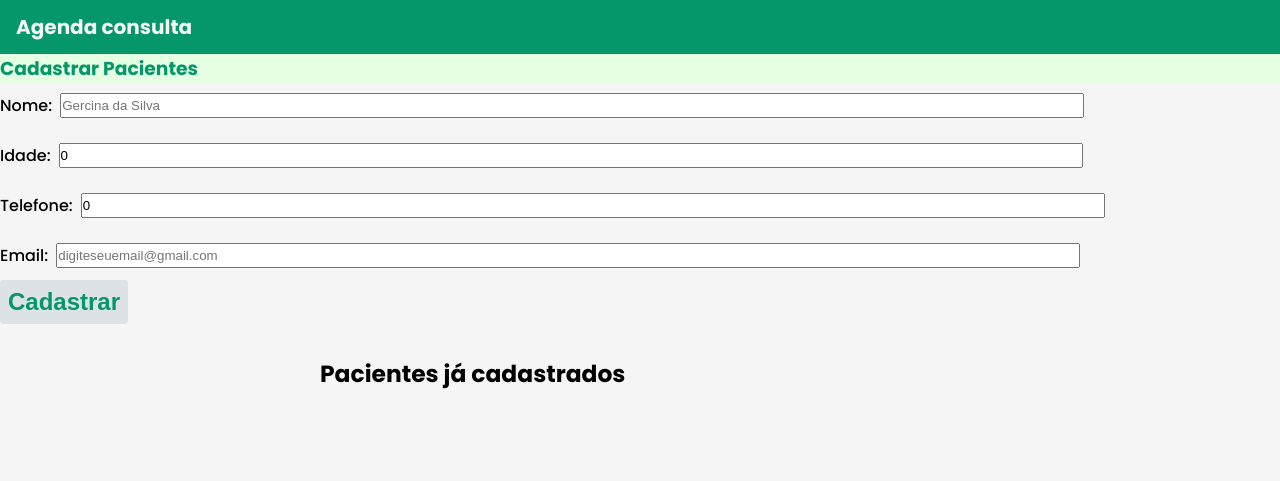
Repository: BarbaraCD/agendaconsulta
Page: /
These files come from the project's save history. The page is drawn as it stood at one moment and after the next save; the edit follows.
The browser window is 1280 px wide. The pictures show the whole page.
The page's requests for data from a server got no answer. The project was rebuilt for these pictures with package versions that can differ from the ones it lists, and the page was loaded fresh each time. No one was signed in, and anything a server would have sent is missing. Also part of the build but not shown: vite.config.ts, src/styles/StyleList.ts, src/components/Patients.tsx.

Above is the page before, as saved 2023-07-28 15:21:07.

### index.html
<!DOCTYPE html>
<html lang="en">
  <head>
    <meta charset="UTF-8" />
    <link rel="icon" type="image/svg+xml" href="/vite.svg" />
    <meta name="viewport" content="width=device-width, initial-scale=1.0" />

    <link rel="preconnect" href="https://fonts.googleapis.com">
    <link rel="preconnect" href="https://fonts.gstatic.com" crossorigin>
    <link href="https://fonts.googleapis.com/css2?family=Poppins:wght@400;500;700&display=swap" rel="stylesheet">

    <title>Agendamento de Consulta</title>
  </head>
  <body>
    <div id="root"></div>
    <script type="module" src="/src/main.tsx"></script>
  </body>
</html>

### src/main.tsx
import React from 'react'
import ReactDOM from 'react-dom/client'
import App from './App.tsx'
import { ThemeProvider } from 'styled-components'
import { theme } from './styles/Theme.ts'

ReactDOM.createRoot(document.getElementById('root')!).render(
  <React.StrictMode>
    <ThemeProvider theme={theme}>
      <App />
    </ThemeProvider>
  </React.StrictMode>,
)

### src/App.tsx
import './styles/global'
import { Header } from './components/Header'
import GlobalStyle from './styles/global'
import { CreatePatient } from './components/CreatePatient'

function App() {

  return (
    <>
      <GlobalStyle />
      <Header />
      {/* <Sidebar /> */}
      {/* <CreateDoctor/> */}
      <CreatePatient />

    </>
  )
}

export default App

### src/styles/Theme.ts

export const theme = {
  colors: {
    primary: '#059669',
    head: '#059669B3',
    900: '#6A8D73',
    800: '#AFC5A6',
    700: '#F4FDD9',
    100: '#E4FFE1',

    sbcolor: '#DCE2E6',
    gray: '#41414D',
    black: '#000',
    white: '#f5f5f5',
  },

  size: {
    sm: '14px',
    md: '16px',
    lg: '18px',
    xl: '20px',
    xxl: '24px'
  }
}

### src/styles/global.ts
import { createGlobalStyle } from 'styled-components'

export default createGlobalStyle`
  *{
    margin: 0;
    padding: 0;
    box-sizing: border-box;
  }
  body{
    font-family: 'Poppins', sans-serif;
    background: ${(props) => props.theme.colors.white};
    font-size: ${(props) => props.theme.size.xl};
  }
`

### src/components/Header.tsx
import { styled } from "styled-components"

const Container = styled.div`
  background-color: ${(props) => props.theme.colors.primary};
  padding: 12px 16px;
  color: ${(props) => props.theme.colors.white};
  font-weight: 700;
`

export function Header(){
  return (
    <Container>
      Agenda consulta
    </Container>
  )
}

### src/components/CreatePatient.tsx
import { useEffect, useState } from 'react'
import { Patients, PatientsProps } from './Patients'
import { createPatient, getPatient } from '../services/patient.services'
import { InputPatients } from './InputPatient'
import { SubmitButton } from './SubmitButton'
import { Container, Container2 }  from '../styles/CreateContainer'


export function CreatePatient(){

  const [patients, setPatients] = useState<PatientsProps[]>([])
  const [newPatient, setNewPatient] = useState<PatientsProps>({
    id: 0,
    name: '',
    age: 0,
    telephone: 0,
    email:''
  })

  useEffect(() => {
    fetchPatient().catch((error) => {
      console.error('Error fetching Patients:', error);
    });
  }, []);

  async function fetchPatient() {
    try {
      const response: PatientsProps[] = await getPatient();
      setPatients(response);
    } catch (error) {
      console.error('Error fetching Patients:', error);
    }
  }

  async function createNewPatient(){
    if(
      newPatient?.name.trim() !== '' &&
      typeof newPatient?.age === 'number' && newPatient?.age > 0 &&
      typeof newPatient?.telephone === 'number' && newPatient?.telephone > 0 &&
      newPatient?.email.trim() !== ''
      ){
        try {
          await createPatient(newPatient.name, newPatient.age, newPatient.telephone, newPatient.email);
          await fetchPatient();
            setNewPatient({
              id: 0,
              name: '',
              age: 0,
              telephone: 0,
              email: ''
            })
        console.log("Médico cadastrado com sucesso!")
        } catch(error){
          console.log("Erro ao cadastrar medico:", error)
        }
      } else {
        console.error("Por favor, preencha todos os campos corretamente.")
      }
  }

  return(
    <div>
      <InputPatients
        name={newPatient.name}
        age={newPatient.age}
        telephone={newPatient.telephone}
        email={newPatient.email}
        onNameChange={(value) => setNewPatient({ ...newPatient, name: value })}
        onAgeChange={(value) => setNewPatient({ ...newPatient, age: value })}
        onTelephoneChange={(value) => setNewPatient({ ...newPatient, telephone: value})}
        onEmailChange={(value) =>
          setNewPatient({ ...newPatient, email: value })
        }
      />

        <SubmitButton onClick={createNewPatient}/>
        <Container2>
          <h3>Pacientes já cadastrados</h3>
          {patients.length > 0 && (
            patients.map((patients) => (
              <Patients
                id={patients.id}
                key={patients.id}
                name={patients.name}
                age={patients.age}
                telephone={patients.telephone}
                email={patients.email}
              />
            ))
          )}
        </Container2>

    </div>
  )
}

### src/services/patient.services.ts
import axios from 'axios';
import { PatientsProps } from '../components/Patients'
import { api } from './ApiConfig'

export async function getPatient(): Promise<PatientsProps[]> {
  try {
    const response = await axios.get('http://localhost:3333/patient');
    // eslint-disable-next-line @typescript-eslint/no-unsafe-return
    return response.data;
  } catch (error) {
    throw new Error('Erro ao obter dados dos pacientes:');
  }
}

export async function createPatient(name: string, age: number, telephone: number, email: string){
  return api.post('/patient', {
    name,
    age,
    telephone,
    email,
  })
}

### src/components/InputPatient.tsx
import { InputContainer } from '../styles/InputContainer'

interface InputPatientsProps{
  name: string
  age: number
  telephone: number
  email: string
  onNameChange: (value: string) => void
  onAgeChange: (value: number) => void
  onTelephoneChange: (value: number) => void
  onEmailChange: (value: string) => void
}

export function InputPatients(props: InputPatientsProps) {
  return (
    <InputContainer>
      <h3>Cadastrar Pacientes</h3>
        <label>
          <p>Nome:</p>
          <input
            type="text"
            name="nome"
            value={props.name}
            onChange={(event) => props.onNameChange(event.target.value)}
            placeholder='Gercina da Silva'
          />
        </label>
        <br />
        <label>
          <p>Idade:</p>
          <input
            type="text"
            name="idade"
            value={props.age}
            onChange={(event) => props.onAgeChange(Number(event.target.value))}
            placeholder='idade'
          />
        </label>
        <br />
        <label>
          <p>Telefone:</p>
          <input
            type="text"
            name="telefone"
            value={props.telephone}
            onChange={(event) => props.onTelephoneChange(Number(event.target.value))}
          />
        </label>
        <br />
        <label>
          <p>Email:</p>
          <input
            type="text"
            name="email"
            value={props.email}
            onChange={(event) => props.onEmailChange(event.target.value)}
            placeholder='digiteseuemail@gmail.com'
          />
        </label>
    </InputContainer>
  );
}

### src/components/SubmitButton.tsx
import { styled } from "styled-components"

interface SubmitButtonProps {
  onClick: () => void
}

const StyledButton = styled.button`
  padding: 8px;
  margin: 12px 0;
  border-radius: 4px;
  color: ${(props) => props.theme.colors.primary};
  border: none;
  background-color: ${(props) => props.theme.colors.sbcolor};
  cursor: pointer;

  p{
    font-size: ${(props) => props.theme.size.xxl};
    font-weight: 700;
  }
`

export function SubmitButton({ onClick }: SubmitButtonProps) {
  return (
    <StyledButton onClick={onClick}>
      <p>
        Cadastrar
      </p>
    </StyledButton>
  )
}

### src/styles/CreateContainer.ts
import styled from "styled-components"

export const Container = styled.div`
  background-color: ${(props) => props.theme.colors.white};
  justify-content: start;
  align-items: center;
`

export const Container2 = styled.div`
  display: flex;
  flex-direction: column;
  margin-left: 300px;
  padding: 20px;
`
export const Container3 = styled.div`
  margin-top: 24px;
  padding: 12px 0;

  h3{
    font-size: ${(props) => props.theme.size.xl};
    color: ${(props) => props.theme.colors.primary};
    background-color: ${(props) => props.theme.colors[100]};
    margin-bottom: 12px;
  }

  p{
    font-size: ${(props) => props.theme.size.md};
    font-weight: 400;
  }
`

### src/services/ApiConfig.ts
import axios from "axios";

export const api = axios.create({
  baseURL: 'http://localhost:3333',
})

### src/styles/InputContainer.ts
import styled from "styled-components"

export const InputContainer = styled.div`
  justify-content: start;
  align-items: center;
  color: ${(props) => props.theme.colors.black};
  font-size: ${(props) => props.theme.size.md};

  h3 {
    background-color: ${(props) => props.theme.colors[100]};
    color: ${(props) => props.theme.colors.primary};
    margin-bottom: 10px;
  }

  label {
    display: flex;
    margin-right: 4px;
  }

  p{
    font-size: ${(props) => props.theme.size.md};
    font-weight: 500;
  }

  input {
    width: 80vw;
    margin-left: 8px;
  }
`

After the next save:
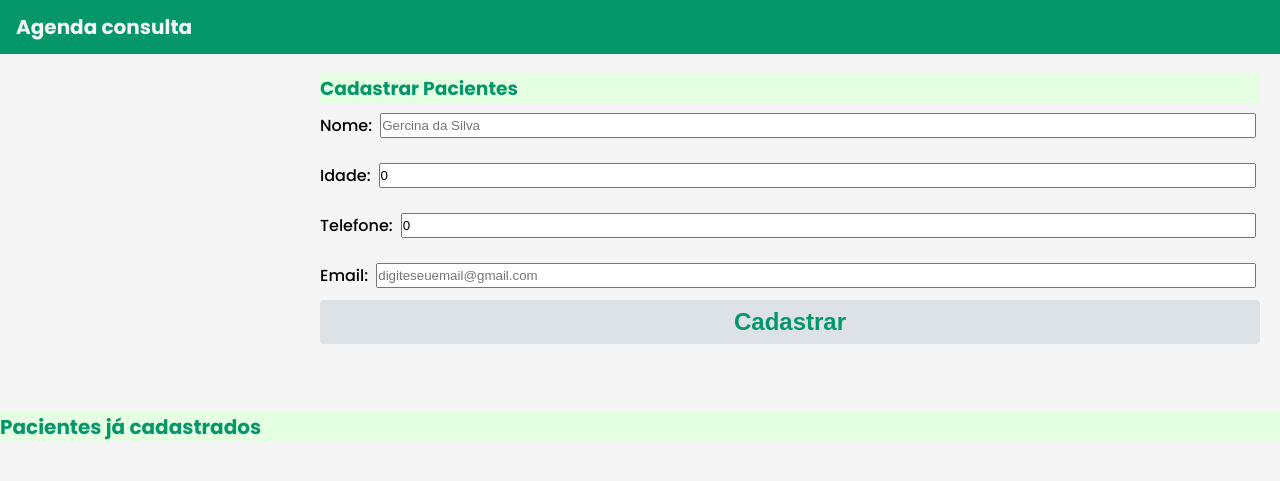
Saved 54 s later.
--- a/src/components/CreatePatient.tsx
+++ b/src/components/CreatePatient.tsx
@@ -3,7 +3,7 @@ import { Patients, PatientsProps } from './Patients'
 import { createPatient, getPatient } from '../services/patient.services'
 import { InputPatients } from './InputPatient'
 import { SubmitButton } from './SubmitButton'
-import { Container, Container2 }  from '../styles/CreateContainer'
+import { Container, Container2, Container3 }  from '../styles/CreateContainer'
 
 
 export function CreatePatient(){
@@ -59,22 +59,24 @@ export function CreatePatient(){
   }
 
   return(
-    <div>
-      <InputPatients
-        name={newPatient.name}
-        age={newPatient.age}
-        telephone={newPatient.telephone}
-        email={newPatient.email}
-        onNameChange={(value) => setNewPatient({ ...newPatient, name: value })}
-        onAgeChange={(value) => setNewPatient({ ...newPatient, age: value })}
-        onTelephoneChange={(value) => setNewPatient({ ...newPatient, telephone: value})}
-        onEmailChange={(value) =>
-          setNewPatient({ ...newPatient, email: value })
-        }
-      />
+    <Container>
+      <Container2>
+        <InputPatients
+          name={newPatient.name}
+          age={newPatient.age}
+          telephone={newPatient.telephone}
+          email={newPatient.email}
+          onNameChange={(value) => setNewPatient({ ...newPatient, name: value })}
+          onAgeChange={(value) => setNewPatient({ ...newPatient, age: value })}
+          onTelephoneChange={(value) => setNewPatient({ ...newPatient, telephone: value})}
+          onEmailChange={(value) =>
+            setNewPatient({ ...newPatient, email: value })
+          }
+        />
 
-        <SubmitButton onClick={createNewPatient}/>
-        <Container2>
+          <SubmitButton onClick={createNewPatient}/>
+        </Container2>
+        <Container3>
           <h3>Pacientes já cadastrados</h3>
           {patients.length > 0 && (
             patients.map((patients) => (
@@ -88,8 +90,8 @@ export function CreatePatient(){
               />
             ))
           )}
-        </Container2>
+        </Container3>
 
-    </div>
+    </Container>
   )
 }
